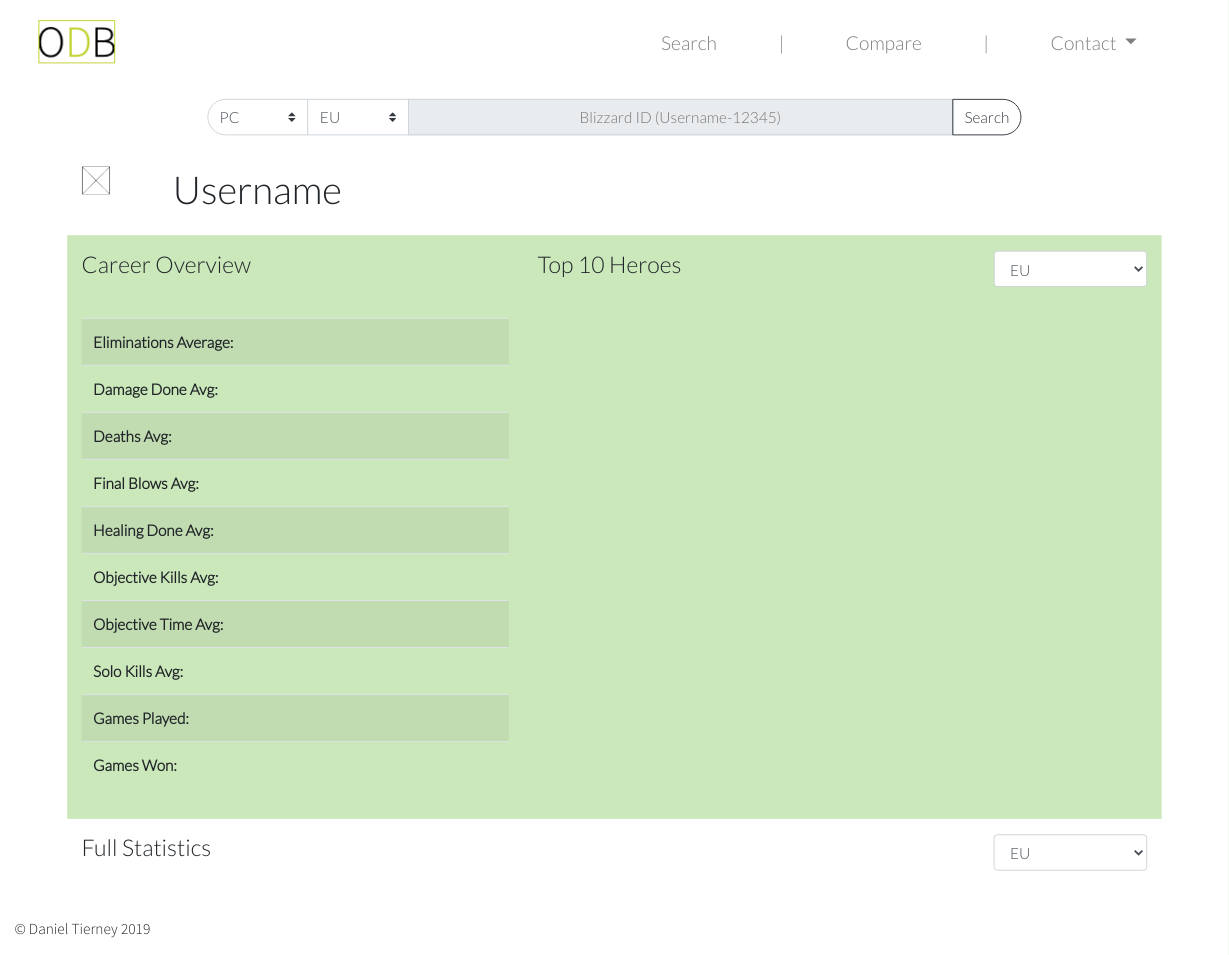
Repository: Cobonkoi/overwatch-dashboard
Page: search.html
The author's editor kept a record of every edit. The page is drawn from the files as they stood at one moment, then again after the next edit.
The browser window is 1280 px wide. The pictures show the whole page, at 96% of full size.

Above is the page before.

After the next edit:
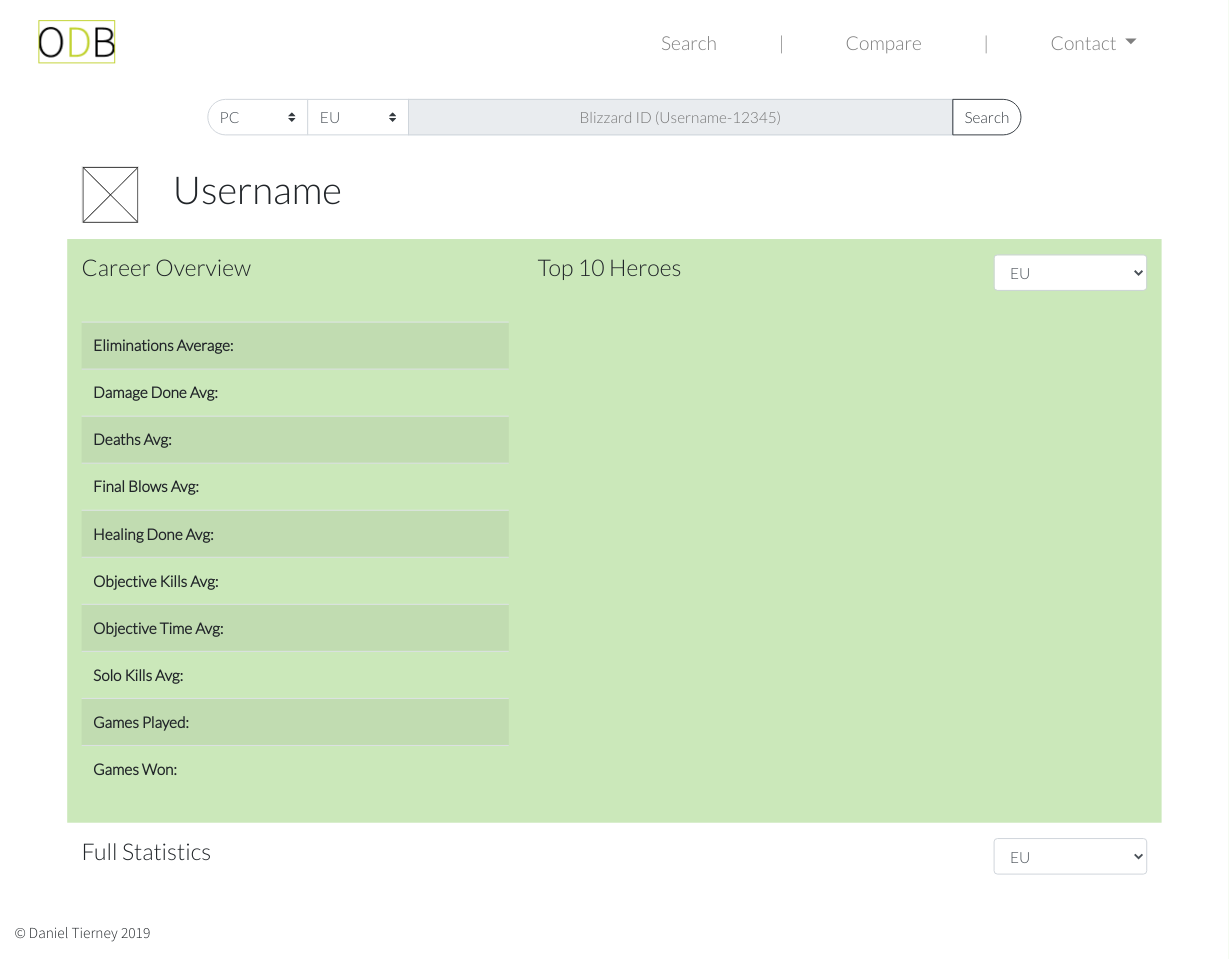
The edit:
--- a/search.html
+++ b/search.html
@@ -111,7 +111,7 @@
     <div class="container search-header-container">
         <div class="row">
             <div class="col-1 mb-3">
-                <img src="assets/images/placeholder-profile-picture.png" alt="profile picture" width="30" height="30"></img>
+                <img src="assets/images/placeholder-profile-picture.png" alt="profile picture" width="60" height="60"></img>
             </div>
             <div class="col-3 mb-3">
                 <h1 class="" id="">Username</h1>
